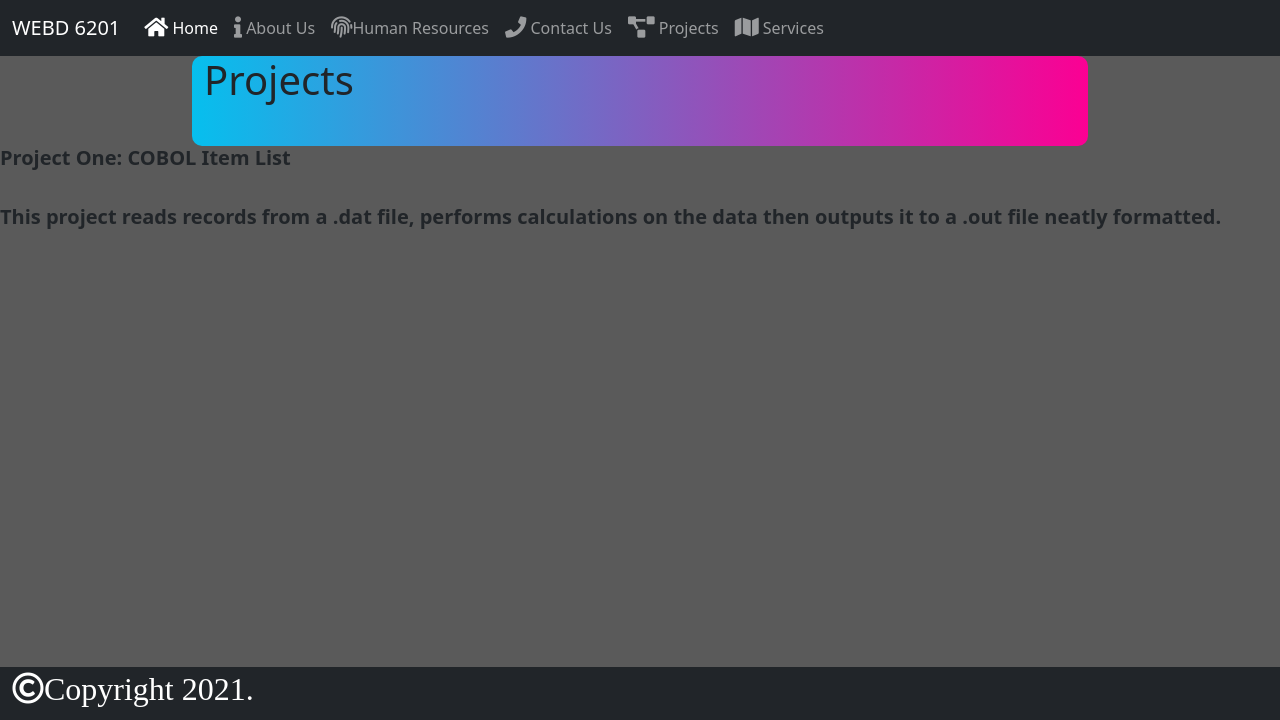
Repository: vans12345678/WEBD6201-W2021-Week3
Page: projects.html
These files come from the project's save history. The page is drawn as it stood at one moment and after a run of saves; the edit follows.
The browser window is 1280 px wide. The pictures show the whole page.

Above is the page before, as saved 2021-01-28 21:49:37.

### projects.html
<!DOCTYPE html>
<html lang="en">
<head>
    <meta charset="UTF-8">
    <meta name="viewport" content="width=device-width, initial-scale=1.0">
    <title>Projects</title>

    <!-- CSS Section -->
    <link rel="stylesheet" href="./node_modules/bootstrap/dist/css/bootstrap.min.css">
    <link rel="stylesheet" href="./node_modules/@fortawesome/fontawesome-free/css/all.min.css">
    <link rel="stylesheet" href="./Content/app.css">
</head>
<body>
  <!-- Main Header -->
    <header>
      <!-- Main Navigation -->
        <nav class="navbar navbar-expand-lg navbar-dark bg-dark">
            <div class="container-fluid">
              <a class="navbar-brand" href="index.html">WEBD 6201</a>
              <button class="navbar-toggler" type="button" data-bs-toggle="collapse" data-bs-target="#navbarSupportedContent" aria-controls="navbarSupportedContent" aria-expanded="false" aria-label="Toggle navigation">
                <span class="navbar-toggler-icon"></span>
              </button>
              <div class="collapse navbar-collapse" id="navbarSupportedContent">
                <ul class="navbar-nav me-auto mb-2 mb-lg-0">
                  <li class="nav-item">
                    <a class="nav-link active" aria-current="page" href="index.html"><i class="fas fa-home fa-lg"></i> Home</a>
                  </li>
                  <li class="nav-item">
                    <a class="nav-link" aria-current="page" href="about.html"><i class="fas fa-info fa-lg"></i> About Us</a>
                  </li>
                  <li class="nav-item">
                    <a class="nav-link" aria-current="page" href="human-resources.html"><i class="fas fa-fingerprint fa-lg"></i>Human Resources</a>
                  </li>
                  <li class="nav-item">
                    <a class="nav-link" aria-current="page" href="contact.html"><i class="fas fa-phone fa-lg"></i> Contact Us</a>
                  </li>
                  <li class="nav-item">
                    <a class="nav-link" aria-current="page" href="projects.html"><i class="fas fa-project-diagram fa-lg"></i> Projects</a>
                  </li>
                  <li class="nav-item">
                    <a class="nav-link" aria-current="page" href="services.html"><i class="fas fa-map fa-lg"></i> Services</a>
                  </li>
                </ul>
              </div>
            </div>
          </nav>
    </header>
    <!-- Main Contents -->
    <main>
        <h1 class ="container">Projects</h1>
        <h1 id="projectOne" class ="container color: white"></h1>
      </br>
        <p id ="projectOneDescription"></p>

    </main>
    <p></p>
    <!-- Main Footer -->
    <footer>
      <nav class="navbar fixed-bottom navbar-dark bg-dark">
          <div class="container-fluid">
              <h4><i class="far fa-copyright fa-lg site-footer">Copyright 2021.</i></h4>
          </div>
        </nav>
  </footer>
    <!-- Script Section -->
    <script src="./node_modules/jquery/dist/jquery.min.js"></script>
    <script src="./node_modules/bootstrap/dist/js/bootstrap.bundle.min.js"></script>
    <script src="./Scripts/app.js"></script>
</body>
</html>

### Content/app.css
/* custom css goes here */
.Vapor {
    background-image: url('../images/vapor.jpg');
    background-repeat: no-repeat;
    background-attachment: fixed;
    background-size: 100% 100%;
  }
  body
  {
    background-color: rgb(90, 90, 90);
  }
  h1.container{

    border-radius: 10px;
    width: 70%;
    height: 90px;
    margin: 0px auto;
    background: linear-gradient(90deg,#06bfee,#fb0093)
  }
  .contact-table{
    width: 100%;
    margin:  50px auto;
    background-color: white;
  }
  .contact-form
  {
    width: 100%;
    margin:  100px auto;
  }
  .warnMessage
  {
    width: 90%;
    margin:  50px;
  }
  .site-footer {
    color:white;
  }

### Scripts/app.js
/* Custom JavaScript goes here */

//IIFE - Immediately Invoked Function Expression
//AKA - Anonymous Self-Executing Function
//Closure - limits scope leak

"use strict";


(function(){

    function displayHome()
    {

        let introText = "This is a simple site to demonstrate the specified requirements for Lab 1 WEBD 6201 - Client Side Scripting";
        let introTextElement = document.getElementById("introParagraph");

        introTextElement.textContent = introText;
        introTextElement.className = "fs-5 fw-bold text-center";

        mainContent.innerHTML =
        `<h1 id = "firstHeading">Welcome to WEBD6201 - Lab 1</h1>
        <p id = "paragraphOne" class = "fs-3 fw-bold">This is my first paragraph</p>
        `;

    }
    function displayAbout()
    {

    }
    function displayProjects()
    {
        let projectOneText = "Project One: COBOL Item List";
        let projectOneTextElement = document.getElementById("projectOne");
        let projectOneDescription = "This project reads records from a .dat file, performs calculations on the data" +
                                    " then outputs it to a .out file neatly formatted.";
        let projectOneDescriptionElement = document.getElementById("projectOneDescription");

        projectOneTextElement.textContent = projectOneText;
        projectOneDescriptionElement.textContent = projectOneDescription;

        projectOneDescriptionElement.className = "fs-5 fw-bold text-left";
        projectOneTextElement.className = "fs-5 fw-bold text-left";
    }
    function displayServices()
    {

    }
    function displayContact()
    {

        let messageArea = document.getElementById("messageArea");
        messageArea.hidden = true;

        //form validation
        let fullName = document.getElementById("fullName");
        fullName.addEventListener("blur", function()
        {
            if(fullName.value.length < 2)
            {
                fullName.focus();
                fullName.select();
                messageArea.hidden = false;
                messageArea.className = "alert alert-danger warnMessage";
                messageArea.textContent = "Please enter an appropriate name > 2 characters";
            }
            else
            {
                messageArea.removeAttribute("class");
                messageArea.hidden = true;
            }
        });
            let sendButton = document.getElementById("sendButton");
            sendButton.addEventListener("click", function(event)
            {
                //event.preventDefault();
                // //Displays twice?

                let contact = new Contact(fullName.value,contactNumber.value, emailAddress.value);

                //console.log(contact.serialize());
                if(contact.serialize())
                {
                    localStorage.setItem((localStorage.length + 1).toString(),contact.serialize());
                }
            });
    }
    function displayContactList()
    {
        if(localStorage.length > 0)
        {
            let contactList = document.getElementById("contactList");
            let data = "";

            for (let index = 0; index < localStorage.length; index++)
            {
                let contactData = localStorage.getItem((index + 1).toString());
                let contact = new Contact();

                contact.deserialize(contactData);

                data += `<tr>
                <th scope="row">${index + 1}</th>
                <td>${contact.FullName}</td>
                <td>${contact.ContactNumber}</td>
                <td>${contact.EmailAddress}</td>
              </tr>`;
            }
            contactList.innerHTML = data;
        }

    }

    function Start()
    {
        console.log("App Started...");

        switch(document.title)
        {
            case "Index":
                displayHome();
                break;
            case "About":
                displayAbout();
                break;
            case "Projects":
                displayProjects();
                break;
            case "Services":
                displayServices();
                break;
            case "Contact Us":
                displayContact();
                break;
            case "Contact-List":
                displayContactList();
                break;
        }


    }

    window.addEventListener("load", Start);

})();

Loaded but not shown: node_modules/bootstrap/dist/css/bootstrap.min.css (library); node_modules/@fortawesome/fontawesome-free/css/all.min.css (library); node_modules/jquery/dist/jquery.min.js (library); node_modules/bootstrap/dist/js/bootstrap.bundle.min.js (library)

After the next 2 saves:
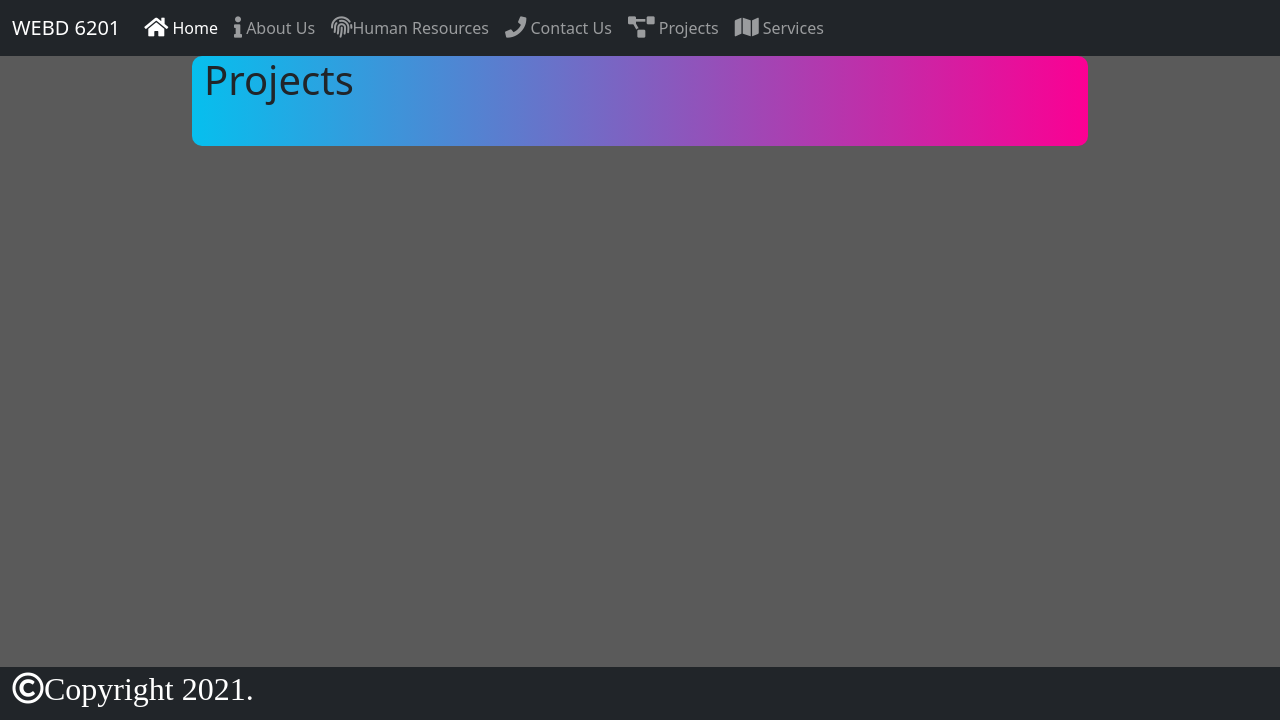
Console error: TypeError: Cannot set properties of null (setting 'textContent')
The 2 saves are shown as one change because they came seconds apart.
The last was saved 65 s later.
--- a/projects.html
+++ b/projects.html
@@ -48,7 +48,7 @@
     <!-- Main Contents -->
     <main>
         <h1 class ="container">Projects</h1>
-        <h1 id="projectOne" class ="container color: white"></h1>
+        <h1  class =""></h1>
       </br>
         <p id ="projectOneDescription"></p>
 

After the save that followed:
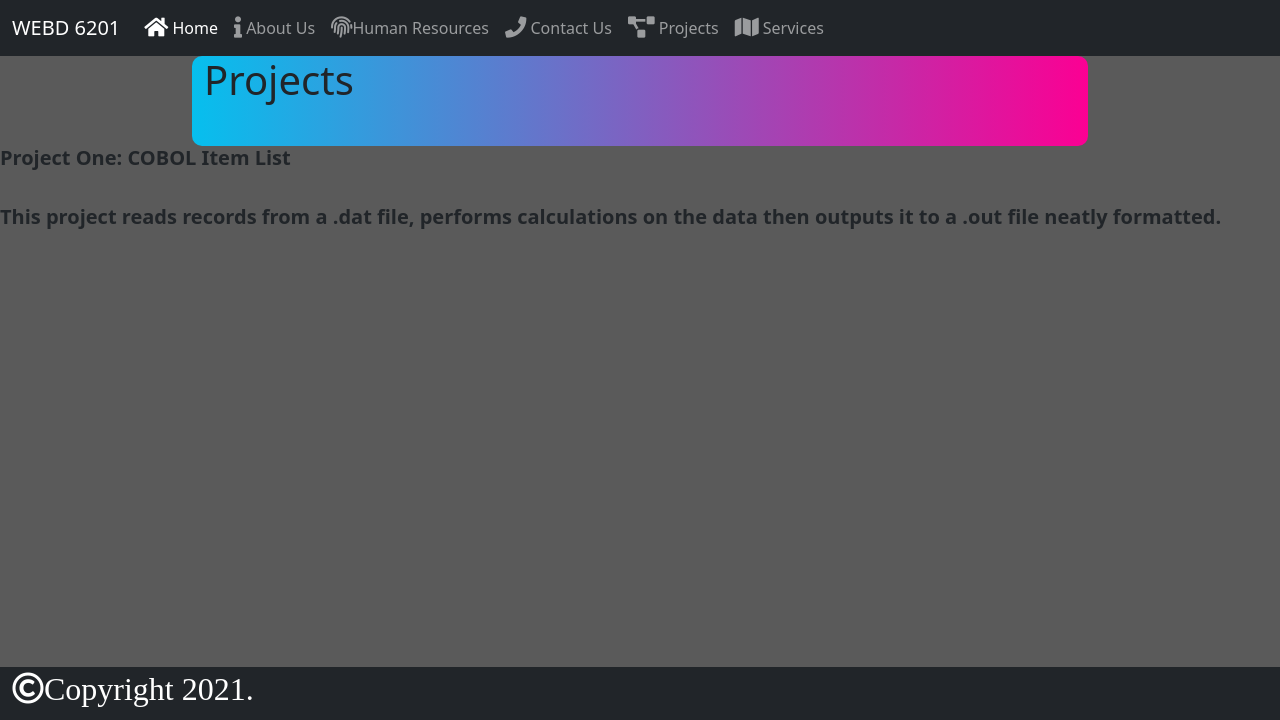
The error is gone.
Saved 19 s later.
--- a/projects.html
+++ b/projects.html
@@ -48,7 +48,7 @@
     <!-- Main Contents -->
     <main>
         <h1 class ="container">Projects</h1>
-        <h1  class =""></h1>
+        <h1 id="projectOne" class =""></h1>
       </br>
         <p id ="projectOneDescription"></p>
 
